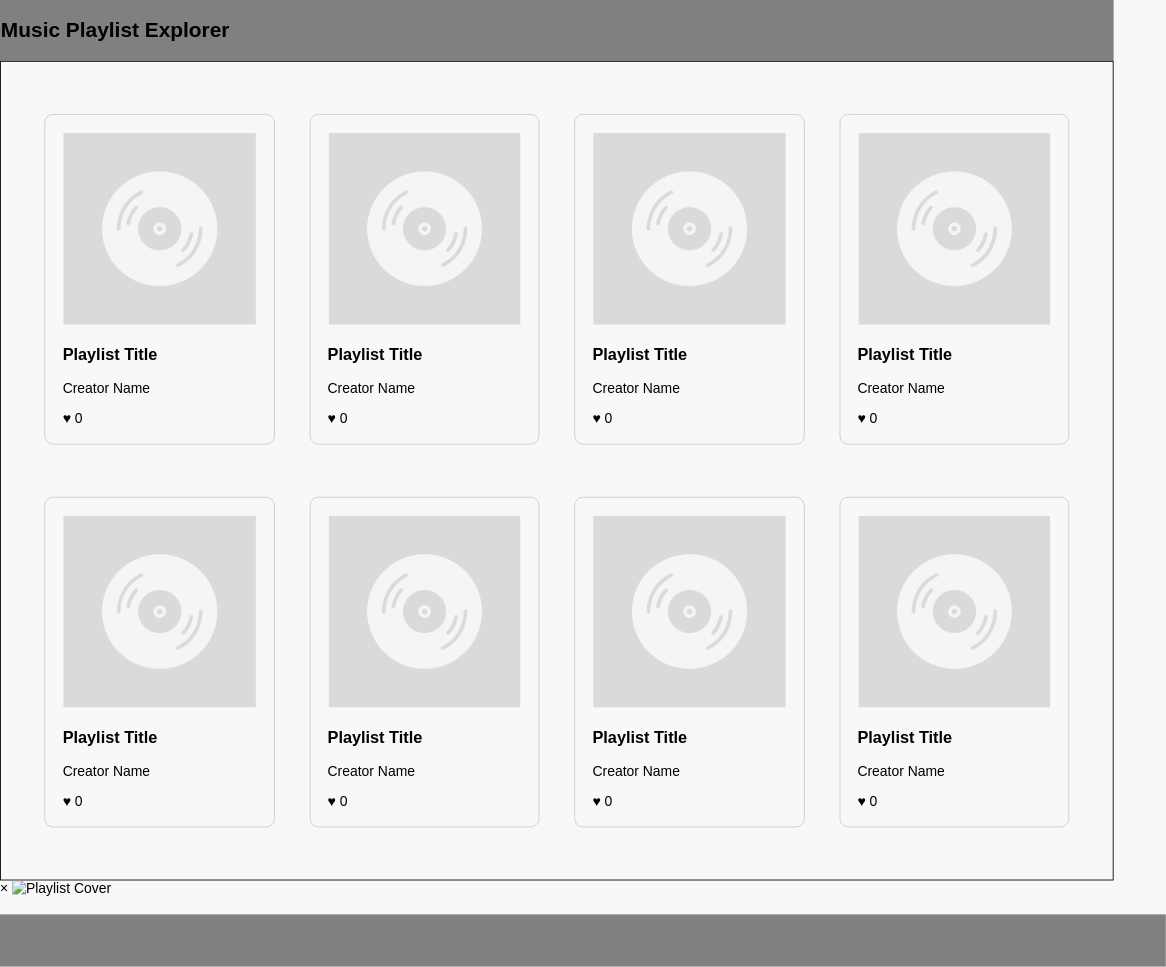
Repository: valentinaarojas/music-player-explorer
Page: index.html
These files come from the project's save history. The page is drawn as it stood at one moment and after a run of saves; the edit follows.
The browser window is 1280 px wide. The page is 1340 px wide, so the pictures cover 1340 px, including what lies to the right of the window. The pictures show the whole page, at 87% of full size.

Above is the page before, as saved 2025-02-19 17:10:29.
Console error: SyntaxError: Unexpected token '{'

### index.html
<!DOCTYPE html>
<html lang="en">
<head>
    <meta charset="UTF-8">
    <meta name="viewport" content="width=device-width, initial-scale=1.0">

    <title>Music Playlist Explorer</title>
    <link rel="icon" type="image/x-icon" href="/images/favicon.ico">

    <link rel="stylesheet" href="style.css">
</head>
<body>
    <header>
        <!-- Your header content here -->
        <div class="banner">
            <h2>Music Playlist Explorer</h2>
        </div>
    </header>

    <main>
        <!-- Your main content here -->
        <div class="playlist-cards">
            <!-- card 1 -->
            <div class="playlist-card">
                <div class="playlist-cover">
                    <img src="assets/img/playlist.png" alt="placeholder" style="width: 100%">
                </div>
                <div class="playlist-info">
                    <h3 class="playlist-title">Playlist Title</h3>
                    <p class="creator-info">Creator Name</p>
                    <div class="like-count">
                        <span>♥</span>
                        <span>0</span>
                    </div>
                </div>
            </div>
            <!-- card 2 -->
            <div class="playlist-card">
                <div class="playlist-cover">
                    <img src="assets/img/playlist.png" alt="placeholder" style="width: 100%">
                </div>
                <div class="playlist-info">
                    <h3 class="playlist-title">Playlist Title</h3>
                    <p class="creator-info">Creator Name</p>
                    <div class="like-count">
                        <span>♥</span>
                        <span>0</span>
                    </div>
                </div>
            </div>
            <!-- card 3 -->
            <div class="playlist-card">
                <div class="playlist-cover">
                    <img src="assets/img/playlist.png" alt="placeholder" style="width: 100%">
                </div>
                <div class="playlist-info">
                    <h3 class="playlist-title">Playlist Title</h3>
                    <p class="creator-info">Creator Name</p>
                    <div class="like-count">
                        <span>♥</span>
                        <span>0</span>
                    </div>
                </div>
            </div>
            <!-- card 4 -->
            <div class="playlist-card">
                <div class="playlist-cover">
                    <img src="assets/img/playlist.png" alt="placeholder" style="width: 100%">
                </div>
                <div class="playlist-info">
                    <h3 class="playlist-title">Playlist Title</h3>
                    <p class="creator-info">Creator Name</p>
                    <div class="like-count">
                        <span>♥</span>
                        <span>0</span>
                    </div>
                </div>
            </div>
            <!-- card 5 -->
            <div class="playlist-card">
                <div class="playlist-cover">
                    <img src="assets/img/playlist.png" alt="placeholder" style="width: 100%">
                </div>
                <div class="playlist-info">
                    <h3 class="playlist-title">Playlist Title</h3>
                    <p class="creator-info">Creator Name</p>
                    <div class="like-count">
                        <span>♥</span>
                        <span>0</span>
                    </div>
                </div>
            </div>
            <!-- card 6 -->
            <div class="playlist-card">
                <div class="playlist-cover">
                    <img src="assets/img/playlist.png" alt="placeholder" style="width: 100%">
                </div>
                <div class="playlist-info">
                    <h3 class="playlist-title">Playlist Title</h3>
                    <p class="creator-info">Creator Name</p>
                    <div class="like-count">
                        <span>♥</span>
                        <span>0</span>
                    </div>
                </div>
            </div>
             <!-- card 7 -->
             <div class="playlist-card">
                <div class="playlist-cover">
                    <img src="assets/img/playlist.png" alt="placeholder" style="width: 100%">
                </div>
                <div class="playlist-info">
                    <h3 class="playlist-title">Playlist Title</h3>
                    <p class="creator-info">Creator Name</p>
                    <div class="like-count">
                        <span>♥</span>
                        <span>0</span>
                    </div>
                </div>
            </div>
             <!-- card 8 -->
             <div class="playlist-card">
                <div class="playlist-cover">
                    <img src="assets/img/playlist.png" alt="placeholder" style="width: 100%">
                </div>
                <div class="playlist-info">
                    <h3 class="playlist-title">Playlist Title</h3>
                    <p class="creator-info">Creator Name</p>
                    <div class="like-count">
                        <span>♥</span>
                        <span>0</span>
                    </div>
                </div>
            </div>
        </div>
    </main>

    <!-- modal structure -->
    <div class="modal-overlay">
        <div class="modal-content">
            <span class="close">&times;</span>
            <img id="modal-image" src="" alt="Playlist Cover">
            <h1 id="artist-name"></h1>
        </div>
    </div>

    <footer>
        <!-- Your footer content here -->
    </footer>
    <script src="data/data.js"></script>
    <script src="script.js"></script>
</body>
</html>

### style.css
body {
    font-family: 'Arial', sans-serif;
    margin: 0;
    padding: 0;
    background-color: #f8f8f8;
}

.banner {
    background-color: grey;
    padding: 1px;
}

.playlist-cards {
    display: grid;
    grid-template-columns: repeat(4, 1fr);
    padding: 30px;
    border: 1px solid rgb(0, 0, 0);
}

.playlist-card {
    padding: 20px;
    margin: 30px 20px;
    border-radius: 10px;
    border: 1px solid #ccc;
}

.playlist-cover {
    padding: 1px;
}

footer {
    background-color: grey;
    padding: 30px;
    width: 100%;
}

### data/data.js
let data = { "playlists": [
    {
      "playlistID": 0,
      "playlist_name": "Late Night Drive",
      "playlist_creator": "Melody Maven",
      "playlist_art": "https://picsum.photos/id/36/200",
      "likeCount": 0,
      "songs": [
        {
          "songID": 0,
          "title": "Nightcall",
          "artist": "Kavinsky",
          "album": "Nightcall",
          "cover_art": "https://picsum.photos/id/43/200",
          "duration": "4:18"
        },
        {
          "songID": 1,
          "title": "Drive",
          "artist": "The Cars",
          "album": "Heartbeat City",
          "cover_art": "https://picsum.photos/id/45/200",
          "duration": "3:55"
        },
        {
          "songID": 2,
          "title": "Cruisin'",
          "artist": "Smokey Robinson",
          "album": "One Heartbeat",
          "cover_art": "https://picsum.photos/id/88/200",
          "duration": "4:30"
        },
        {
          "songID": 3,
          "title": "Night Moves",
          "artist": "Bob Seger",
          "album": "Night Moves",
          "cover_art": "https://picsum.photos/id/84/200",
          "duration": "5:25"
        },
        {
          "songID": 4,
          "title": "Moonlight Drive",
          "artist": "The Doors",
          "album": "Strange Days",
          "cover_art": "https://picsum.photos/id/122/200",
          "duration": "3:04"
        }
      ]
    },
    {
      "playlistID": 1,
      "playlist_name": "That Summer '16 Feeling",
      "playlist_creator": "Groove Guardian",
      "playlist_art": "https://picsum.photos/id/117/200",
      "likeCount": 10,
      "songs": [
        {
          "songID": 5,
          "title": "One Dance",
          "artist": "Drake",
          "album": "Views",
          "cover_art": "https://picsum.photos/id/21/200",
          "duration": "2:53"
        },
        {
          "songID": 6,
          "title": "Cheap Thrills",
          "artist": "Sia",
          "album": "This Is Acting",
          "cover_art": "https://picsum.photos/id/56/200",
          "duration": "3:31"
        },
        {
          "songID": 7,
          "title": "Don't Let Me Down",
          "artist": "The Chainsmokers ft. Daya",
          "album": "Collage",
          "cover_art": "https://picsum.photos/id/145/200",
          "duration": "3:28"
        },
        {
          "songID": 8,
          "title": "This Is What You Came For",
          "artist": "Calvin Harris ft. Rihanna",
          "album": "This Is What You Came For",
          "cover_art": "https://picsum.photos/id/160/200",
          "duration": "3:42"
        },
        {
          "songID": 9,
          "title": "Ride",
          "artist": "Twenty One Pilots",
          "album": "Blurryface",
          "cover_art": "https://picsum.photos/id/133/200",
          "duration": "3:34"
        }
      ]
    },
    {
      "playlistID": 2,
      "playlist_name": "Workout Beats",
      "playlist_creator": "Harmony Herald",
      "playlist_art": "https://picsum.photos/id/1077/200",
      "likeCount": 2,
      "songs": [
        {
          "songID": 10,
          "title": "Eye of the Tiger",
          "artist": "Survivor",
          "album": "Eye of the Tiger",
          "cover_art": "https://picsum.photos/id/593/200",
          "duration": "4:05"
        },
        {
          "songID": 11,
          "title": "Stronger",
          "artist": "Kanye West",
          "album": "Graduation",
          "cover_art": "https://picsum.photos/id/169/200",
          "duration": "5:12"
        },
        {
          "songID": 12,
          "title": "Lose Yourself",
          "artist": "Eminem",
          "album": "8 Mile Soundtrack",
          "cover_art": "https://picsum.photos/id/171/200",
          "duration": "5:26"
        },
        {
          "songID": 13,
          "title": "Uptown Funk",
          "artist": "Mark Ronson ft. Bruno Mars",
          "album": "Uptown Special",
          "cover_art": "https://picsum.photos/id/274/200",
          "duration": "4:30"
        },
        {
          "songID": 14,
          "title": "Can't Stop the Feeling!",
          "artist": "Justin Timberlake",
          "album": "Trolls (Original Motion Picture Soundtrack)",
          "cover_art": "https://picsum.photos/id/304/200",
          "duration": "3:56"
        }
      ]
    },
    {
      "playlistID": 3,
      "playlist_name": "Road Trip Anthems",
      "playlist_creator": "Playlist Pioneer",
      "playlist_art": "https://picsum.photos/id/314/200",
      "likeCount": 5,
      "songs": [
        {
          "songID": 15,
          "title": "Life Is a Highway",
          "artist": "Tom Cochrane",
          "album": "Mad Mad World",
          "cover_art": "https://picsum.photos/id/352/200",
          "duration": "4:26"
        },
        {
          "songID": 16,
          "title": "Born to Run",
          "artist": "Bruce Springsteen",
          "album": "Born to Run",
          "cover_art": "https://picsum.photos/id/361/200",
          "duration": "4:30"
        },
        {
          "songID": 17,
          "title": "Take It Easy",
          "artist": "Eagles",
          "album": "Eagles",
          "cover_art": "https://picsum.photos/id/365/200",
          "duration": "3:31"
        },
        {
          "songID": 18,
          "title": "Route 66",
          "artist": "Chuck Berry",
          "album": "Get Your Kicks on Route 66",
          "cover_art": "https://picsum.photos/id/371/200",
          "duration": "2:53"
        },
        {
          "songID": 19,
          "title": "On the Road Again",
          "artist": "Willie Nelson",
          "album": "Honeysuckle Rose",
          "cover_art": "https://picsum.photos/id/382/200",
          "duration": "2:33"
        }
      ]
    },
    {
      "playlistID": 4,
      "playlist_name": "Boss Chick Energy",
      "playlist_creator": "Tempo Tactician",
      "playlist_art": "https://picsum.photos/id/449/200",
      "likeCount": 0,
      "songs": [
        {
          "songID": 20,
          "title": "Run the World (Girls)",
          "artist": "Beyoncé",
          "album": "4",
          "cover_art": "https://picsum.photos/id/550/200",
          "duration": "3:56"
        },
        {
          "songID": 21,
          "title": "I'm Every Woman",
          "artist": "Chaka Khan",
          "album": "Chaka",
          "cover_art": "https://picsum.photos/id/646/200",
          "duration": "4:07"
        },
        {
          "songID": 22,
          "title": "Independent Women, Pt. 1",
          "artist": "Destiny's Child",
          "album": "Survivor",
          "cover_art": "https://picsum.photos/id/660/200",
          "duration": "3:41"
        },
        {
          "songID": 23,
          "title": "Confident",
          "artist": "Demi Lovato",
          "album": "Confident",
          "cover_art": "https://picsum.photos/id/680/200",
          "duration": "3:25"
        },
        {
          "songID": 24,
          "title": "Feeling Myself",
          "artist": "Nicki Minaj ft. Beyoncé",
          "album": "The Pinkprint",
          "cover_art": "https://picsum.photos/id/822/200",
          "duration": "3:57"
        }
      ]
    },
    {
      "playlistID": 5,
      "playlist_name": "Rainy Nights",
      "playlist_creator": "Sonic Sage",
      "playlist_art": "https://picsum.photos/id/115/200",
      "likeCount": 24,
      "songs": [
        {
          "songID": 25,
          "title": "Purple Rain",
          "artist": "Prince",
          "album": "Purple Rain",
          "cover_art": "https://picsum.photos/id/123/200",
          "duration": "8:41"
        },
        {
          "songID": 26,
          "title": "November Rain",
          "artist": "Guns N' Roses",
          "album": "Use Your Illusion I",
          "cover_art": "https://picsum.photos/id/171/200",
          "duration": "8:57"
        },
        {
          "songID": 27,
          "title": "Riders on the Storm",
          "artist": "The Doors",
          "album": "L.A. Woman",
          "cover_art": "https://picsum.photos/id/172/200",
          "duration": "7:14"
        },
        {
          "songID": 28,
          "title": "I Can't Stand the Rain",
          "artist": "Ann Peebles",
          "album": "I Can't Stand the Rain",
          "cover_art": "https://picsum.photos/id/178/200",
          "duration": "2:31"
        },
        {
          "songID": 29,
          "title": "Set Fire to the Rain",
          "artist": "Adele",
          "album": "21",
          "cover_art": "https://picsum.photos/id/680/200",
          "duration": "4:02"
        }
      ]
    },
    {
      "playlistID": 6,
      "playlist_name": "90's R&B",
      "playlist_creator": "Vinyl Virtuoso",
      "playlist_art": "https://picsum.photos/id/815/200",
      "likeCount": 3,
      "songs": [
        {
          "songID": 30,
          "title": "No Diggity",
          "artist": "Blackstreet ft. Dr. Dre",
          "album": "Another Level",
          "cover_art": "https://picsum.photos/id/856/200",
          "duration": "5:06"
        },
        {
          "songID": 31,
          "title": "Waterfalls",
          "artist": "TLC",
          "album": "CrazySexyCool",
          "cover_art": "https://picsum.photos/id/871/200",
          "duration": "4:39"
        },
        {
          "songID": 32,
          "title": "Creep",
          "artist": "TLC",
          "album": "CrazySexyCool",
          "cover_art": "https://picsum.photos/id/891/200",
          "duration": "4:29"
        },
        {
          "songID": 33,
          "title": "On Bended Knee",
          "artist": "Boyz II Men",
          "album": "II",
          "cover_art": "https://picsum.photos/id/1013/200",
          "duration": "4:05"
        },
        {
          "songID": 34,
          "title": "Fantasy",
          "artist": "Mariah Carey",
          "album": "Daydream",
          "cover_art": "https://picsum.photos/id/1014/200",
          "duration": "4:04"
        }
      ]
    },
    {
      "playlistID": 7,
      "playlist_name": "Nothing But The Classics",
      "playlist_creator": "Melody Maven",
      "playlist_art": "https://picsum.photos/id/22/200",
      "likeCount": 3,
      "songs": [
        {
          "songID": 35,
          "title": "Bohemian Rhapsody",
          "artist": "Queen",
          "album": "A Night at the Opera",
          "cover_art": "https://picsum.photos/id/39/200",
          "duration": "5:55"
        },
        {
          "songID": 36,
          "title": "Hotel California",
          "artist": "Eagles",
          "album": "Hotel California",
          "cover_art": "https://picsum.photos/id/57/200",
          "duration": "6:30"
        },
        {
          "songID": 37,
          "title": "Stairway to Heaven",
          "artist": "Led Zeppelin",
          "album": "Led Zeppelin IV",
          "cover_art": "https://picsum.photos/id/221/200",
          "duration": "8:02"
        },
        {
          "songID": 38,
          "title": "Sweet Child o' Mine",
          "artist": "Guns N' Roses",
          "album": "Appetite for Destruction",
          "cover_art": "https://picsum.photos/id/822/200",
          "duration": "5:55"
        },
        {
          "songID": 39,
          "title": "Imagine",
          "artist": "John Lennon",
          "album": "Imagine",
          "cover_art": "https://picsum.photos/id/823/200",
          "duration": "3:04"
        }
      ]
    },
    {
      "playlistID": 8,
      "playlist_name": "Ohh That Baseline",
      "playlist_creator": "Bassline Buddy",
      "playlist_art": "https://picsum.photos/id/836/200",
      "likeCount": 0,
      "songs": [
        {
          "songID": 40,
          "title": "Another One Bites the Dust",
          "artist": "Queen",
          "album": "The Game",
          "cover_art": "https://picsum.photos/id/839/200",
          "duration": "3:36"
        },
        {
          "songID": 41,
          "title": "Billie Jean",
          "artist": "Michael Jackson",
          "album": "Thriller",
          "cover_art": "https://picsum.photos/id/903/200",
          "duration": "4:54"
        },
        {
          "songID": 42,
          "title": "Superstition",
          "artist": "Stevie Wonder",
          "album": "Talking Book",
          "cover_art": "https://picsum.photos/id/978/200",
          "duration": "4:26"
        },
        {
          "songID": 43,
          "title": "Smooth Criminal",
          "artist": "Michael Jackson",
          "album": "Bad",
          "cover_art": "https://picsum.photos/id/1004/200",
          "duration": "4:17"
        },
        {
          "songID": 44,
          "title": "Money for Nothing",
          "artist": "Dire Straits",
          "album": "Brothers in Arms",
          "cover_art": "https://picsum.photos/id/1025/200",
          "duration": "8:26"
        }
      ]
    }
  ]
}

### script.js
body {
    font-family: 'Arial', sans-serif;
    margin: 0;
    padding: 0;
    background-color: #f8f8f8;
}

After the next 2 saves:
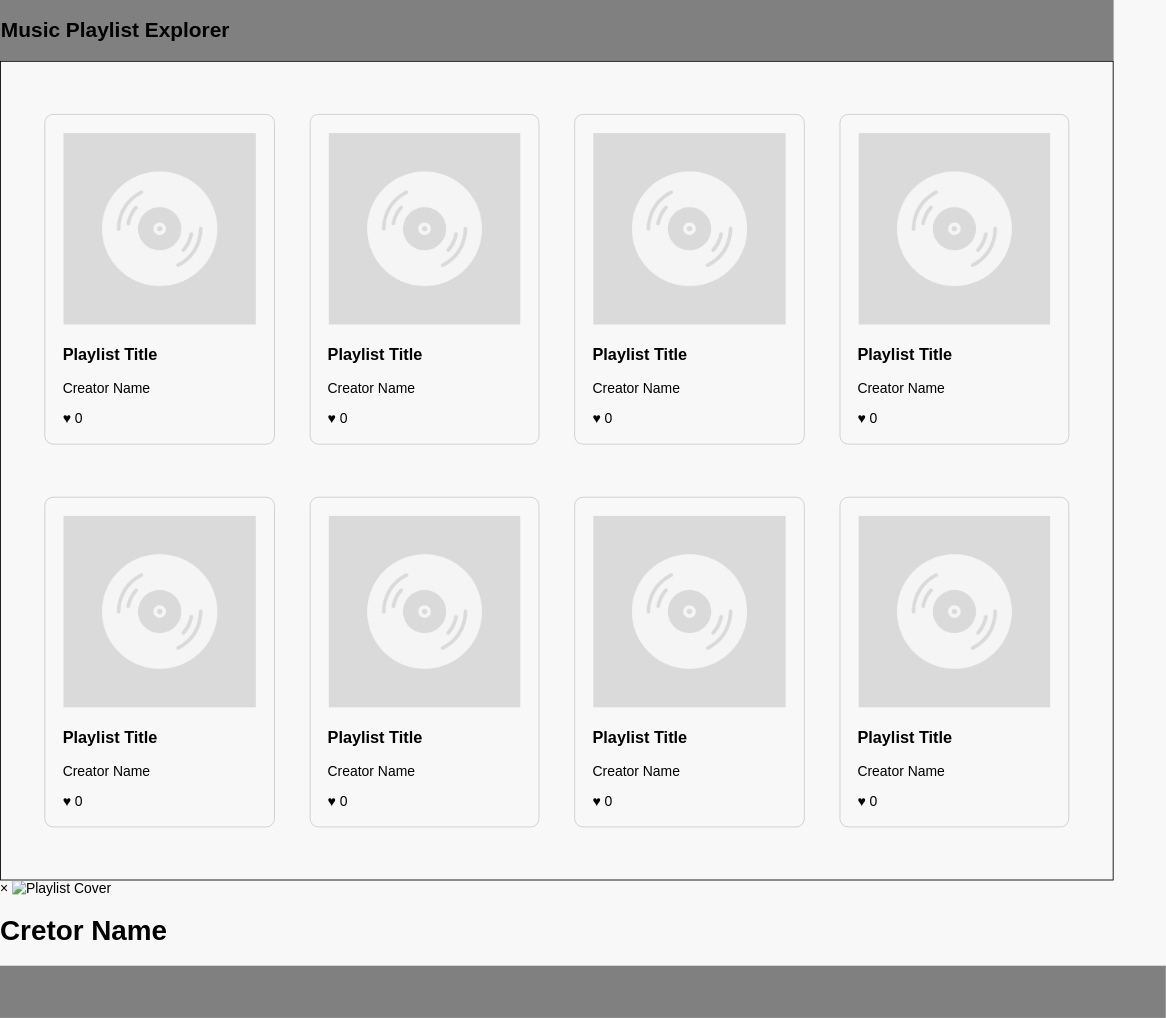
The 2 saves are shown as one change because they came seconds apart.
The last was saved 9 s later.
--- a/index.html
+++ b/index.html
@@ -140,7 +140,7 @@
         <div class="modal-content">
             <span class="close">&times;</span>
             <img id="modal-image" src="" alt="Playlist Cover">
-            <h1 id="artist-name"></h1>
+            <h1 id="artist-name">Cretor Name</h1>
         </div>
     </div>
 
